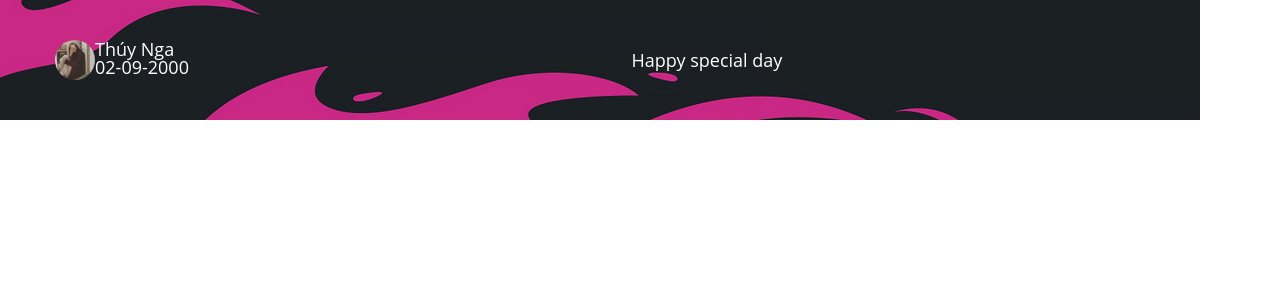
Repository: Datt21/p-happyB
Page: index.html
An editor plug-in stored every save of this project. The page is shown before and after the next save, followed by the edit.
The browser window is 1280 px wide. The pictures show the whole page.
Some icons come from a web library that is not loaded, so they are not drawn.

Above is the page before, as saved 2021-08-31 04:27:35.

### index.html
<!DOCTYPE html>
<html lang="en">
<head>
    <meta charset="UTF-8">
    <meta http-equiv="X-UA-Compatible" content="IE=edge">
    <meta name="viewport" content="width=device-width, initial-scale=1.0">
    <title>Document</title>
    <link rel="stylesheet" href="https://unicons.iconscout.com/release/v4.0.0/css/line.css">
    <link rel="stylesheet" href="./app.css">
</head>
<body>
<div class="wrapper">
    <header class="header">
        <div class="container">
            <div class="header-main">
                <div class="header-info">
                    <img src="./images/lemon.jpg" alt="" class="img-logo">
                    <div class="info">
                        <div class="info-name">Thúy Nga</div>
                        <div class="birth-day">02-09-2000 <i class="uil uil-users-alt"></i> </div>
                    </div>
                </div>

                <div class="menu">
                    <span class="text">Happy special day</span>
                </div>

                <div class="icon-gift">
                    <a href=""><i class="uil uil-gift"></i></a>
                </div>
            </div>
        </div>
    </header>
</div>
    <script src="./app.js"></script>
</body>
</html>

### app.css
html {
    box-sizing: border-box;
}

* {
    margin: 0;
    padding: 0;
}

*,
*:before,
*:after {
    box-sizing: border-box;
}

a {
    text-decoration: none;
}

img {
    display: block;
    max-width: 100%;
}

html {
    scroll-behavior: smooth;
}

body {
    font-family: "Open sans", sans-serif;
    font-size: 18px;
    line-height: 1;
    color: white;
    /* background-color: #222831; */
    overflow-x: hidden;
}

.wrapper {
    max-width: 1920px;
    margin: 0 auto;
    background: url("../images/banner.jpg") no-repeat;
}

.container {
    max-width: 1200px;
    margin: 0 auto;
    padding: 0 15px;
}

.img-logo {
    width: 40px;
    height: 40px;
    border-radius: 50%;
}

.header-main {
    display: flex;
    justify-content: space-between;
    align-items: center;
    padding: 40px 0;
}

.header-info {
    display: flex;
}

Loaded but not shown: app.js (no copy from this time; the picture is the same without it)

After the next save:
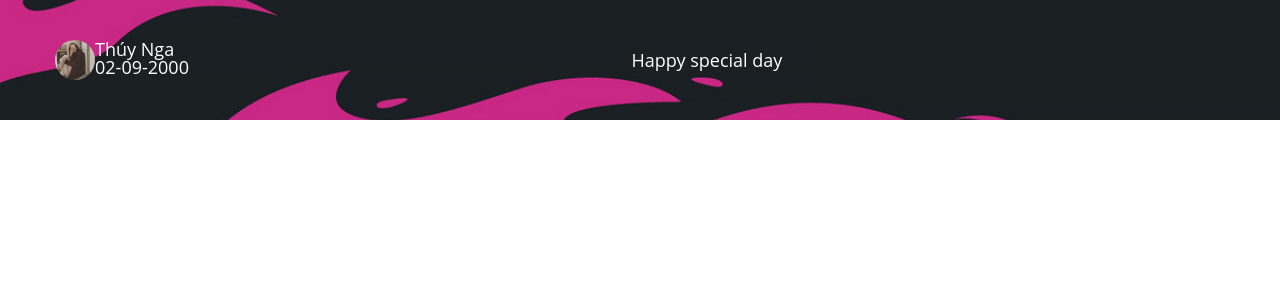
Saved 8 s later.
--- a/app.css
+++ b/app.css
@@ -38,7 +38,7 @@ body {
 .wrapper {
     max-width: 1920px;
     margin: 0 auto;
-    background: url("../images/banner.jpg") no-repeat;
+    background: url("../images/banner.jpg") no-repeat top/100%;
 }
 
 .container {
